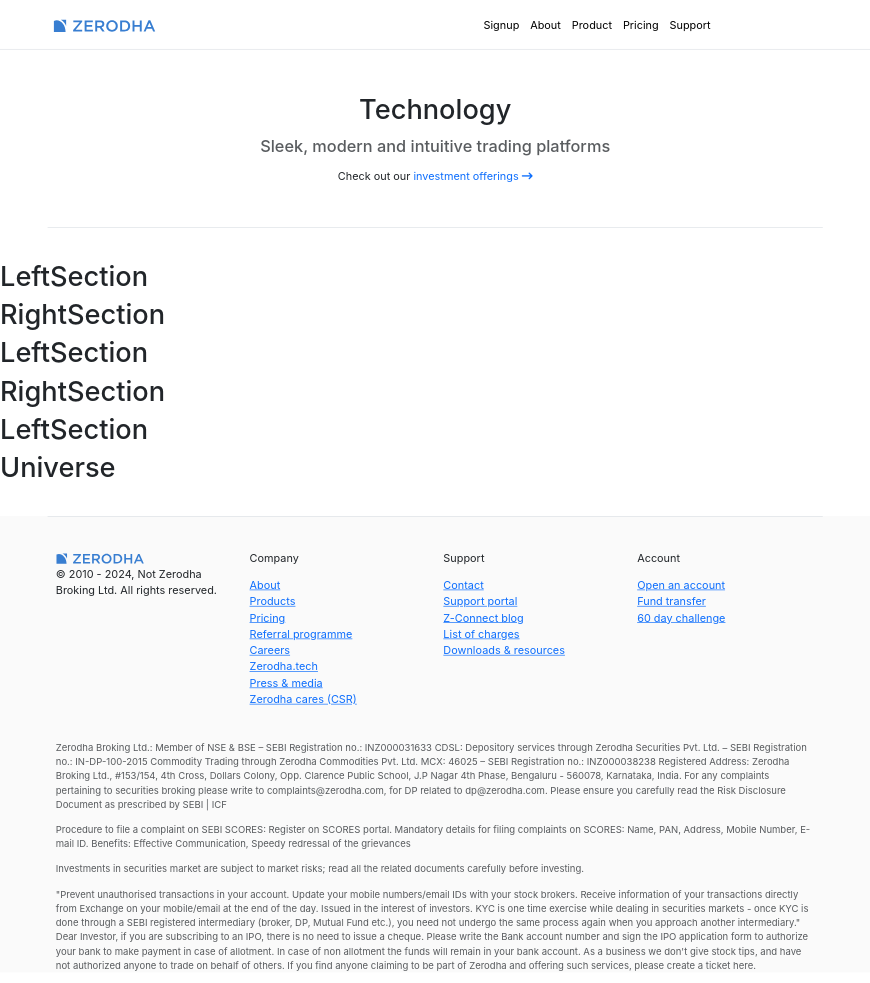
Repository: swarnabha-dutta/TradeVerse
Page: /product (app in frontend/)
These files come from the project's save history. The page is drawn as it stood at one moment and after the next save; the edit follows.
The browser window is 1280 px wide. The pictures show the whole page, at 68% of full size.
Some web libraries are served in a nearby version. The project was rebuilt for these pictures with package versions that can differ from the ones it lists, and the page was loaded fresh each time. Also part of the build but not shown: frontend/src/landing_page/home/Hero.jsx, frontend/src/landing_page/home/Awards.jsx, frontend/src/landing_page/home/Stats.jsx, frontend/src/landing_page/home/Pricing.jsx, frontend/src/landing_page/home/Education.jsx, frontend/src/landing_page/OpenAccount.jsx, frontend/src/landing_page/home/HomePage.jsx, frontend/src/landing_page/about/Team.jsx and 9 more. Imported but missing from the stored project, and not drawn on this page: frontend/src/landing_page/about/Hero.

Above is the page before, as saved 2025-11-12 11:02:19.

### frontend/public/index.html
<!DOCTYPE html>
<html lang="en">
  <head>
    <meta charset="utf-8" />
    <link rel="icon" href="%PUBLIC_URL%/favicon.ico" />
    <meta name="viewport" content="width=device-width, initial-scale=1" />
    <meta name="theme-color" content="#000000" />
    <meta
      name="description"
      content="Web site created using create-react-app"
    />
    <link rel="apple-touch-icon" href="%PUBLIC_URL%/logo192.png" />
    <!--
      manifest.json provides metadata used when your web app is installed on a
      user's mobile device or desktop. See https://developers.google.com/web/fundamentals/web-app-manifest/
    -->
    <link rel="manifest" href="%PUBLIC_URL%/manifest.json" />
    <!--
      Notice the use of %PUBLIC_URL% in the tags above.
      It will be replaced with the URL of the `public` folder during the build.
      Only files inside the `public` folder can be referenced from the HTML.

      Unlike "/favicon.ico" or "favicon.ico", "%PUBLIC_URL%/favicon.ico" will
      work correctly both with client-side routing and a non-root public URL.
      Learn how to configure a non-root public URL by running `npm run build`.
    -->

    <!-- Bootstrap -->
    <link href="https://cdn.jsdelivr.net/npm/bootstrap@5.3.8/dist/css/bootstrap.min.css" rel="stylesheet" integrity="sha384-sRIl4kxILFvY47J16cr9ZwB07vP4J8+LH7qKQnuqkuIAvNWLzeN8tE5YBujZqJLB" crossorigin="anonymous">



    <!-- fontawesome   CDN -->
    <link
      rel="stylesheet"
      href="https://cdnjs.cloudflare.com/ajax/libs/font-awesome/6.6.0/css/all.min.css"
      crossorigin="anonymous"
      referrerpolicy="no-referrer"
    />

    <title>React App</title>
  </head>
  <body>
    <noscript>You need to enable JavaScript to run this app.</noscript>
    <div id="root"></div>


    <!-- Bootstrap js file  -->
    <script src="https://cdn.jsdelivr.net/npm/bootstrap@5.3.8/dist/js/bootstrap.bundle.min.js" integrity="sha384-FKyoEForCGlyvwx9Hj09JcYn3nv7wiPVlz7YYwJrWVcXK/BmnVDxM+D2scQbITxI" crossorigin="anonymous"></script>
  </body>
</html>

### frontend/src/index.js
import React from 'react';
import ReactDOM from 'react-dom/client';
import './index.css';
import { BrowserRouter, Routes, Route } from 'react-router-dom';
import HomePage from './landing_page/home/HomePage.jsx';
import AboutPage from './landing_page/about/AboutPage.jsx';
import ProductsPage from './landing_page/products/ProductsPage.jsx';
import Signup from './landing_page/signup/Signup.jsx';
import PricingPage from "./landing_page/pricing/PricingPage.jsx";
import SupportPage from "./landing_page/support/SupportPage.jsx";
import Navbar from './landing_page/Navbar.jsx';
import Footer from './landing_page/Footer.jsx';
import NotFound from './landing_page/NotFound.jsx';

const root = ReactDOM.createRoot(document.getElementById('root'));
root.render(
  <BrowserRouter>
    <Navbar/>
    <Routes>
        <Route path="/" element={<HomePage/>}></Route>
        <Route path="/signup" element={<Signup/>}></Route>
        <Route path="/about" element={<AboutPage/>}></Route>
        <Route path="/product" element={<ProductsPage/>}></Route>
        <Route path="/pricing" element={<PricingPage />}></Route>
      <Route path="/support" element={<SupportPage />}></Route>

      {/* ✅ Catch-all route for 404 */}
      <Route path="*" element={<NotFound />} />
    </Routes>
    <Footer/>
  </BrowserRouter>
);

// If you want to start measuring performance in your app, pass a function
// to log results (for example: reportWebVitals(console.log))
// or send to an analytics endpoint. Learn more: https://bit.ly/CRA-vitals

### frontend/src/landing_page/products/ProductsPage.jsx
import React from 'react'
import Hero from './Hero.jsx'
import LeftSection from "./LeftSection.jsx";
import RightSection from "./RightSection.jsx";
import Universe from "./Universe.jsx";




const ProductsPage = () => {
    return (
        <>
            <Hero />
            <LeftSection />
            <RightSection />
            <LeftSection />
            <RightSection />
            <LeftSection />
            <Universe />
        </>
    )
}

export default ProductsPage;

### frontend/src/landing_page/Navbar.jsx
import React from "react";
import { Link } from "react-router-dom";

function Navbar() {
    return (
        <nav
        className="navbar navbar-expand-lg border-bottom"
        style={{ backgroundColor: "#FFF" }}
        >
        <div className="container p-2">
            <Link className="navbar-brand" to="/">
            <img
                src="media/images/logo.svg"
                style={{ width: "25%" }}
                alt="Logo"
            />
            </Link>

            <button
            className="navbar-toggler"
            type="button"
            data-bs-toggle="collapse"
            data-bs-target="#navbarSupportedContent"
            aria-controls="navbarSupportedContent"
            aria-expanded="false"
            aria-label="Toggle navigation"
            >
            <span className="navbar-toggler-icon"></span>
            </button>

            <div className="collapse navbar-collapse" id="navbarSupportedContent">
            <form className="d-flex" role="search">
                <ul className="navbar-nav mb-lg-0">
                <li className="nav-item">
                    <Link className="nav-link active" aria-current="page" to="/signup">
                    Signup
                    </Link>
                </li>
                <li className="nav-item">
                    <Link className="nav-link active" to="/about">
                    About
                    </Link>
                </li>
                <li className="nav-item">
                    <Link className="nav-link active" to="/product">
                    Product
                    </Link>
                </li>
                <li className="nav-item">
                    <Link className="nav-link active" to="/pricing">
                    Pricing
                    </Link>
                </li>
                <li className="nav-item">
                    <Link className="nav-link active" to="/support">
                    Support
                    </Link>
                </li>
                </ul>
            </form>
            </div>
        </div>
        </nav>
    );
}

export default Navbar;

### frontend/src/landing_page/Footer.jsx
import React from "react";

function Footer() {
    return (
        <footer style={{ backgroundColor: "rgb(250, 250, 250)" }}>
        <div className="container border-top mt-5">
            <div className="row mt-5">
            <div className="col">
                <img src="media/images/logo.svg" style={{ width: "50%" }} />
                <p>
                &copy; 2010 - 2024, Not Zerodha Broking Ltd. All rights reserved.
                </p>
            </div>
            <div className="col">
                <p>Company</p>
                <a href="">About</a>
                <br />
                <a href="">Products</a>
                <br />
                <a href="">Pricing</a>
                <br />
                <a href="">Referral programme</a>
                <br />
                <a href="">Careers</a>
                <br />
                <a href="">Zerodha.tech</a>
                <br />
                <a href="">Press & media</a>
                <br />
                <a href="">Zerodha cares (CSR)</a>
                <br />
            </div>
            <div className="col">
                <p>Support</p>
                <a href="">Contact</a>
                <br />
                <a href="">Support portal</a>
                <br />
                <a href="">Z-Connect blog</a>
                <br />
                <a href="">List of charges</a>
                <br />
                <a href="">Downloads & resources</a>
                <br />
            </div>
            <div className="col">
                <p>Account</p>
                <a href="">Open an account</a>
                <br />
                <a href="">Fund transfer</a>
                <br />
                <a href="">60 day challenge</a>
                <br />
            </div>
            </div>
            <div className="mt-5 text-muted" style={{ fontSize: "14px" }}>
            <p>
                Zerodha Broking Ltd.: Member of NSE​ &​ BSE – SEBI Registration no.:
                INZ000031633 CDSL: Depository services through Zerodha Securities
                Pvt. Ltd. – SEBI Registration no.: IN-DP-100-2015 Commodity Trading
                through Zerodha Commodities Pvt. Ltd. MCX: 46025 – SEBI Registration
                no.: INZ000038238 Registered Address: Zerodha Broking Ltd.,
                #153/154, 4th Cross, Dollars Colony, Opp. Clarence Public School,
                J.P Nagar 4th Phase, Bengaluru - 560078, Karnataka, India. For any
                complaints pertaining to securities broking please write to
                complaints@zerodha.com, for DP related to dp@zerodha.com. Please
                ensure you carefully read the Risk Disclosure Document as prescribed
                by SEBI | ICF
            </p>

            <p>
                Procedure to file a complaint on SEBI SCORES: Register on SCORES
                portal. Mandatory details for filing complaints on SCORES: Name,
                PAN, Address, Mobile Number, E-mail ID. Benefits: Effective
                Communication, Speedy redressal of the grievances
            </p>

            <p>
                Investments in securities market are subject to market risks; read
                all the related documents carefully before investing.
            </p>

            <p>
                "Prevent unauthorised transactions in your account. Update your
                mobile numbers/email IDs with your stock brokers. Receive
                information of your transactions directly from Exchange on your
                mobile/email at the end of the day. Issued in the interest of
                investors. KYC is one time exercise while dealing in securities
                markets - once KYC is done through a SEBI registered intermediary
                (broker, DP, Mutual Fund etc.), you need not undergo the same
                process again when you approach another intermediary." Dear
                Investor, if you are subscribing to an IPO, there is no need to
                issue a cheque. Please write the Bank account number and sign the
                IPO application form to authorize your bank to make payment in case
                of allotment. In case of non allotment the funds will remain in your
                bank account. As a business we don't give stock tips, and have not
                authorized anyone to trade on behalf of others. If you find anyone
                claiming to be part of Zerodha and offering such services, please
                create a ticket here.
            </p>
            </div>
        </div>
        </footer>
    );
}

export default Footer;

### frontend/src/landing_page/products/Hero.jsx
/* eslint-disable jsx-a11y/anchor-is-valid */
import React from "react";

function Hero() {
    return (
        <div className="container border-bottom mb-5">
        <div className="text-center mt-5 p-3">
            <h1>Technology</h1>
            <h3 className="text-muted mt-3 fs-4">
            Sleek, modern and intuitive trading platforms
            </h3>
            <p className="mt-3 mb-5">
            Check out our{" "}
            <a href="" style={{ textDecoration: "none" }}>
                investment offerings{" "}
                <i class="fa fa-long-arrow-right" aria-hidden="true"></i>
            </a>
            </p>
        </div>
        </div>
    );
}

export default Hero;

### frontend/src/landing_page/products/LeftSection.jsx
import React from 'react'

const LeftSection = () => {
    return (
        <h1>LeftSection</h1>
    )
}

export default LeftSection

### frontend/src/landing_page/products/RightSection.jsx
import React from 'react'

const RightSection = () => {
    return (
        <h1>RightSection</h1>
    )
}

export default RightSection

### frontend/src/landing_page/products/Universe.jsx
import React from 'react'

const Universe = () => {
    return (
        <h1>Universe</h1>
    )
}

export default Universe

Loaded but not shown: frontend/src/index.css (common file)

After the next save:
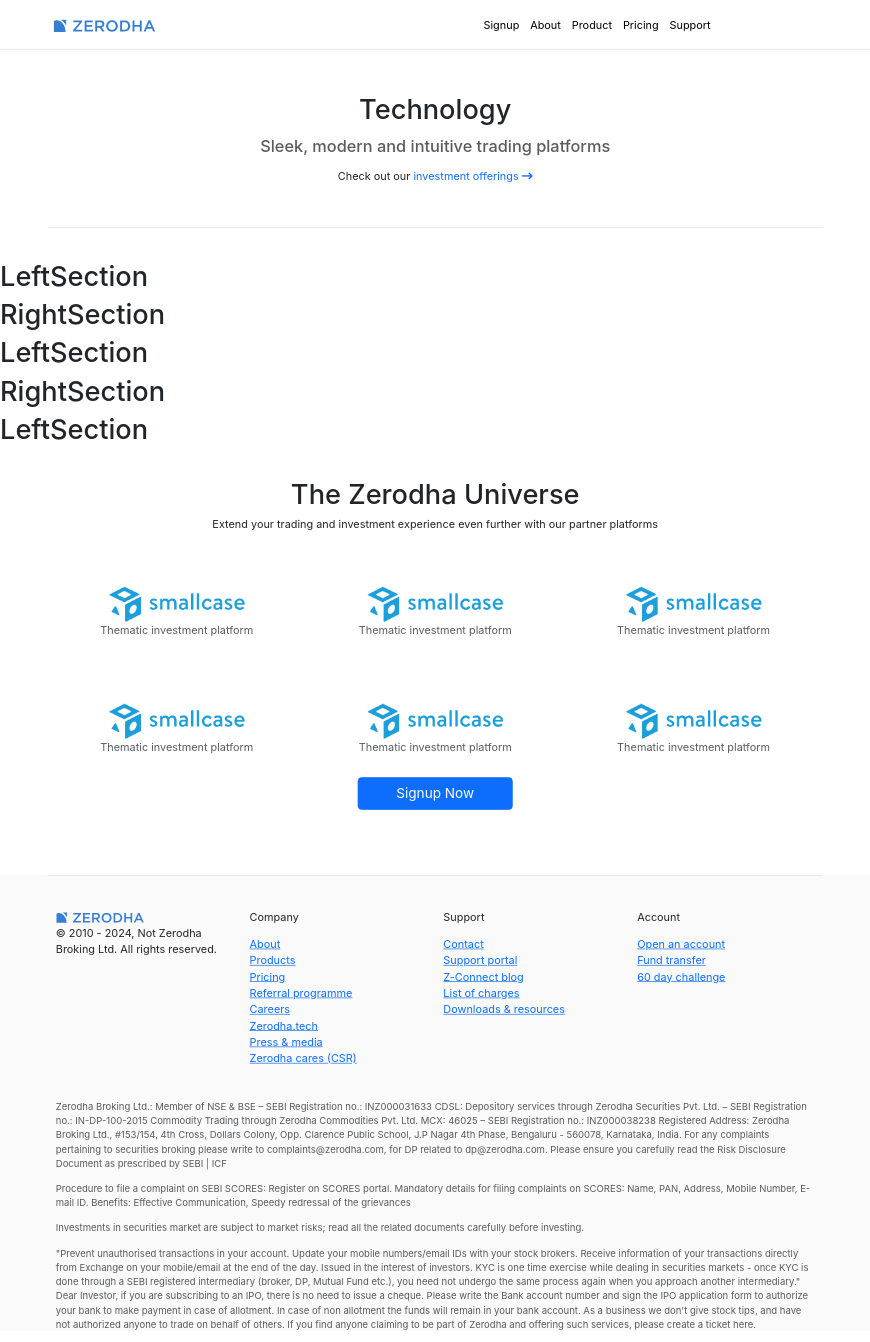
Saved 31 s later.
--- a/frontend/src/landing_page/products/Universe.jsx
+++ b/frontend/src/landing_page/products/Universe.jsx
@@ -1,9 +1,48 @@
-import React from 'react'
+import React from "react";
 
-const Universe = () => {
-    return (
-        <h1>Universe</h1>
-    )
+function Universe() {
+  return (
+    <div className="container mt-5">
+      <div className="row text-center">
+        <h1>The Zerodha Universe</h1>
+        <p>
+          Extend your trading and investment experience even further with our
+          partner platforms
+        </p>
+
+        <div className="col-4 p-3 mt-5">
+          <img src="media/images/smallcaseLogo.png" />
+          <p className="text-small text-muted">Thematic investment platform</p>
+        </div>
+        <div className="col-4 p-3 mt-5">
+          <img src="media/images/smallcaseLogo.png" />
+          <p className="text-small text-muted">Thematic investment platform</p>
+        </div>
+        <div className="col-4 p-3 mt-5">
+          <img src="media/images/smallcaseLogo.png" />
+          <p className="text-small text-muted">Thematic investment platform</p>
+        </div>
+        <div className="col-4 p-3 mt-5">
+          <img src="media/images/smallcaseLogo.png" />
+          <p className="text-small text-muted">Thematic investment platform</p>
+        </div>
+        <div className="col-4 p-3 mt-5">
+          <img src="media/images/smallcaseLogo.png" />
+          <p className="text-small text-muted">Thematic investment platform</p>
+        </div>
+        <div className="col-4 p-3 mt-5">
+          <img src="media/images/smallcaseLogo.png" />
+          <p className="text-small text-muted">Thematic investment platform</p>
+        </div>
+        <button
+          className="p-2 btn btn-primary fs-5 mb-5"
+          style={{ width: "20%", margin: "0 auto" }}
+        >
+          Signup Now
+        </button>
+      </div>
+    </div>
+  );
 }
 
-export default Universe
+export default Universe;
